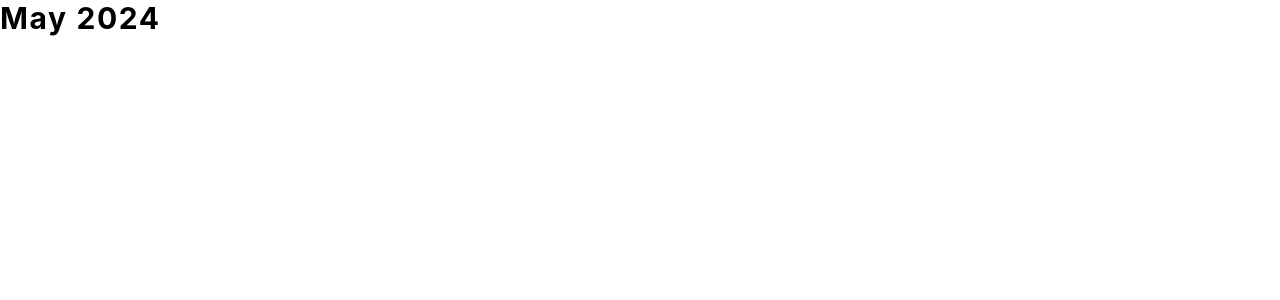
Repository: dung-phan/tweek-copy
Page: /
An editor plug-in stored every save of this project. The page is shown before and after a run of saves, followed by the edit.
The browser window is 1280 px wide. The pictures show the whole page.
The project was rebuilt for these pictures with package versions that can differ from the ones it lists, and the page was loaded fresh each time. Also part of the build but not shown: vite.config.ts.

Above is the page before, as saved 2024-05-26 22:25:45.

After the next 6 saves:
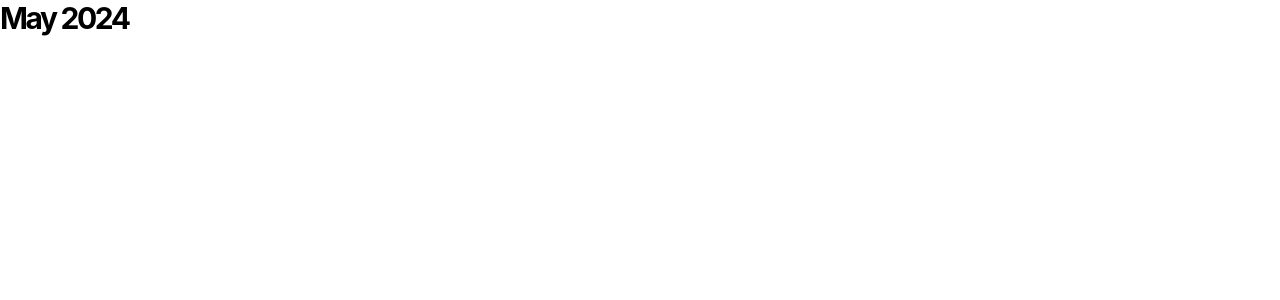
The 6 saves are shown as one change because they came seconds apart.
The last was saved 17 s later.
--- a/src/assets/base.css
+++ b/src/assets/base.css
@@ -66,7 +66,7 @@ body {
   transition:
     color 0.5s,
     background-color 0.5s;
-  letter-spacing: 0.1rem;
+  letter-spacing: -0.15rem;
   line-height: 1.333333;
   font-family:
     Inter,
